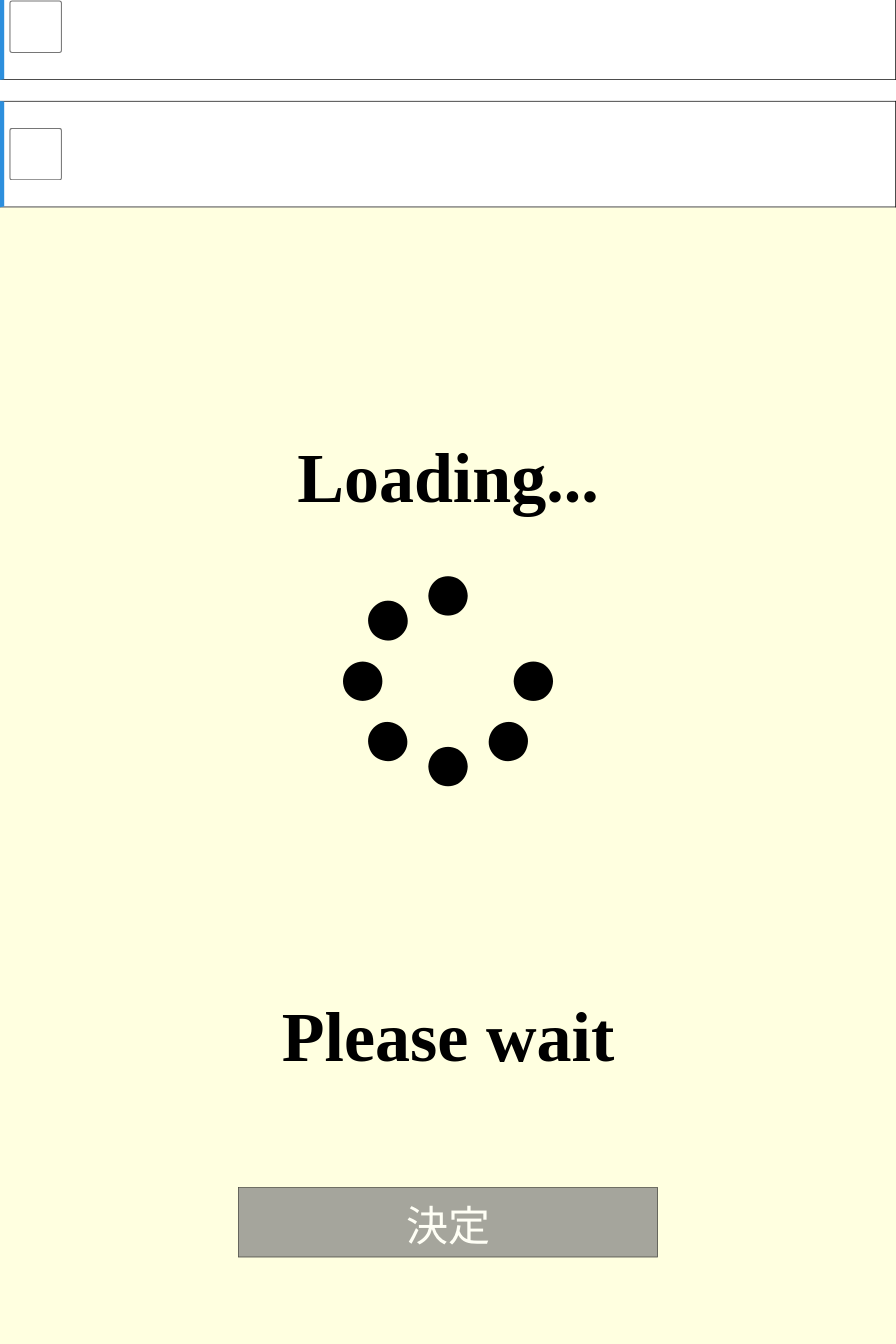
Repository: KittichoteKamalapirat/EMS-management-system
Page: skills.html
The author's editor kept a record of every edit. The page is drawn from the files as they stood at one moment, then again after the next edit.
The browser window is 1280 px wide. The pictures show the part of the page from y = 1783 to 3703 px (the page is 3703 px tall before and 2407 px after), at 70% of full size.
Some web libraries are served in a nearby version.

Above is the page before.

After the next edit:
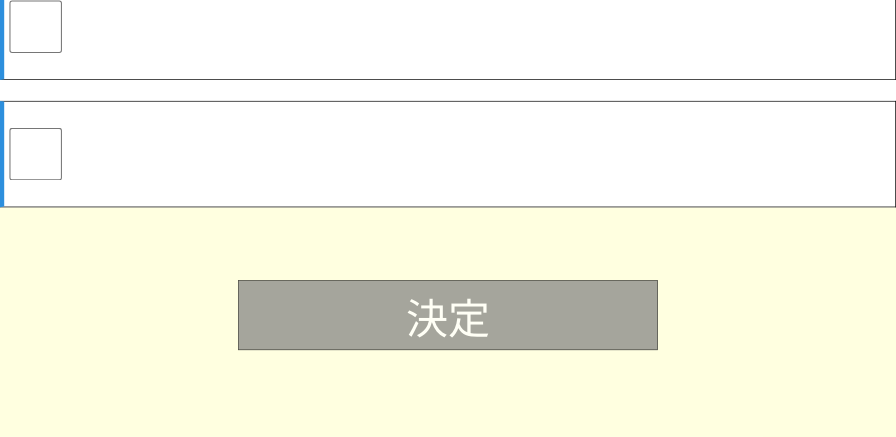
The edit:
--- a/skills.html
+++ b/skills.html
@@ -27,11 +27,6 @@
   </div>
 </div>
 
-<h2 class = "loading hidden">Loading...</h2>
-<div class = "icon hidden">
-   <i class="fa fa-spinner fa-3x"></i>
-</div>
-<h2 class = "loading hidden">Please wait</h2>
 
   <a href="/loading">
 　  <input id = "decide" type="submit" value="決定">
